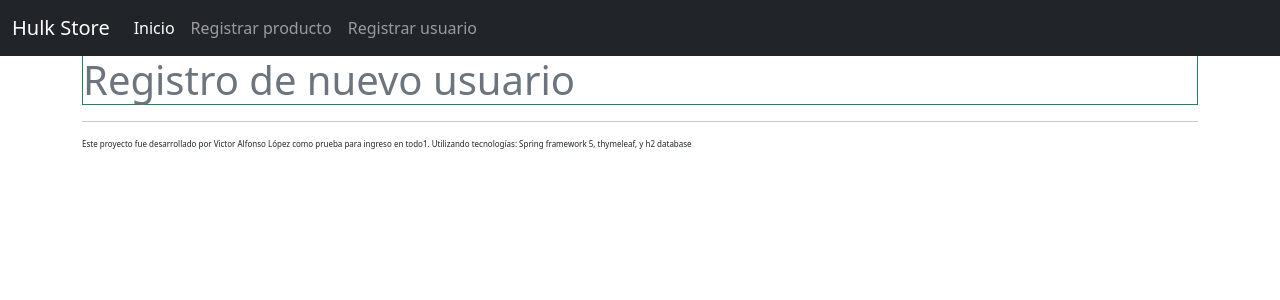
Repository: alfonsoLopez1992/PruebaTODO1
Page: http://localhost/usuario/listado
An editor plug-in stored every save of this project. The page is shown before and after the next save, followed by the edit.
The browser window is 1280 px wide. The pictures show the whole page.
Some web libraries are served in a nearby version. The page is this project's Thymeleaf template; nobody is signed in. The template is opened directly, without the code that normally fills it, so the values that code supplies are empty.

Above is the page before, as saved 2021-02-15 19:47:54.

### hulk-store-internet/src/main/resources/templates/usuario/listado.html
<!DOCTYPE html>
<html xmlns:th="http://www.thymeleaf.org">
<head th:replace="layout/layout :: head">
</head>
<body>

	<header th:replace="layout/layout :: header"></header>

	<div class="container">
		<h1
			class="text-secondary border border-success border-top-0 border-left-0 border-right-0">Registro
			de nuevo usuario</h1>


	</div>


	<footer th:replace="layout/layout :: footer"></footer>

</body>
</html>

### hulk-store-internet/src/main/resources/templates/layout/layout.html
<!DOCTYPE html>
<html xmlns:th="http://www.thymeleaf.org">
<head th:fragment="head">
<meta charset="UTF-8">
<title>Hulk store</title>
<link
	href="https://cdn.jsdelivr.net/npm/bootstrap@5.0.0-beta2/dist/css/bootstrap.min.css"
	rel="stylesheet"
	integrity="sha384-BmbxuPwQa2lc/FVzBcNJ7UAyJxM6wuqIj61tLrc4wSX0szH/Ev+nYRRuWlolflfl"
	crossorigin="anonymous">

</head>
<body>
	<header th:fragment="header">
		<nav class="navbar navbar-expand-lg navbar-dark bg-dark">
			<div class="container-fluid">
				<a class="navbar-brand" href="#">Hulk Store</a>
				<button class="navbar-toggler" type="button"
					data-bs-toggle="collapse" data-bs-target="#navbarNav"
					aria-controls="navbarNav" aria-expanded="false"
					aria-label="Toggle navigation">
					<span class="navbar-toggler-icon"></span>
				</button>
				<div class="collapse navbar-collapse" id="navbarNav">
					<ul class="navbar-nav">
						<li class="nav-item"><a class="nav-link active"
							aria-current="page" href="index">Inicio</a></li>

						<li class="nav-item"><a class="nav-link" href="registrar">Registrar producto</a>
						</li>
						<li class="nav-item"><a class="nav-link" href="producto/listar">Registrar usuario</a>
						</li>
					</ul>
				</div>
			</div>
		</nav>
	</header>
	<div class="container"></div>


	<footer th:fragment="footer" class="container">
		<hr />
		<p style="font-size: 8px !important;">Este proyecto fue desarrollado por Victor Alfonso López como
			prueba para ingreso en todo1. Utilizando tecnologías: Spring framework 5, thymeleaf, y h2 database</p>
		<script
			src="https://cdn.jsdelivr.net/npm/bootstrap@5.0.0-beta2/dist/js/bootstrap.bundle.min.js"
			integrity="sha384-b5kHyXgcpbZJO/tY9Ul7kGkf1S0CWuKcCD38l8YkeH8z8QjE0GmW1gYU5S9FOnJ0"
			crossorigin="anonymous"></script>
		<script
			src="https://cdn.jsdelivr.net/npm/@popperjs/core@2.6.0/dist/umd/popper.min.js"
			integrity="sha384-KsvD1yqQ1/1+IA7gi3P0tyJcT3vR+NdBTt13hSJ2lnve8agRGXTTyNaBYmCR/Nwi"
			crossorigin="anonymous"></script>
		<script
			src="https://cdn.jsdelivr.net/npm/bootstrap@5.0.0-beta2/dist/js/bootstrap.min.js"
			integrity="sha384-nsg8ua9HAw1y0W1btsyWgBklPnCUAFLuTMS2G72MMONqmOymq585AcH49TLBQObG"
			crossorigin="anonymous"></script>

	</footer>



</body>
</html>

After the next save:
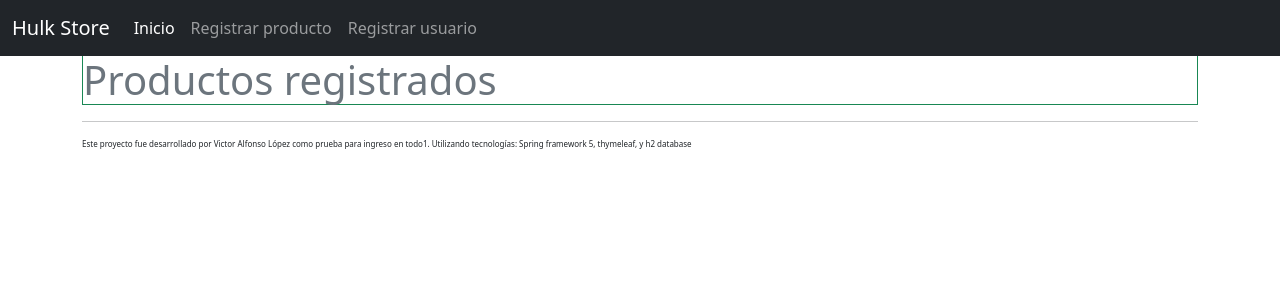
Saved 13 s later.
--- a/hulk-store-internet/src/main/resources/templates/usuario/listado.html
+++ b/hulk-store-internet/src/main/resources/templates/usuario/listado.html
@@ -8,8 +8,7 @@
 
 	<div class="container">
 		<h1
-			class="text-secondary border border-success border-top-0 border-left-0 border-right-0">Registro
-			de nuevo usuario</h1>
+			class="text-secondary border border-success border-top-0 border-left-0 border-right-0">Productos registrados</h1>
 
 
 	</div>
